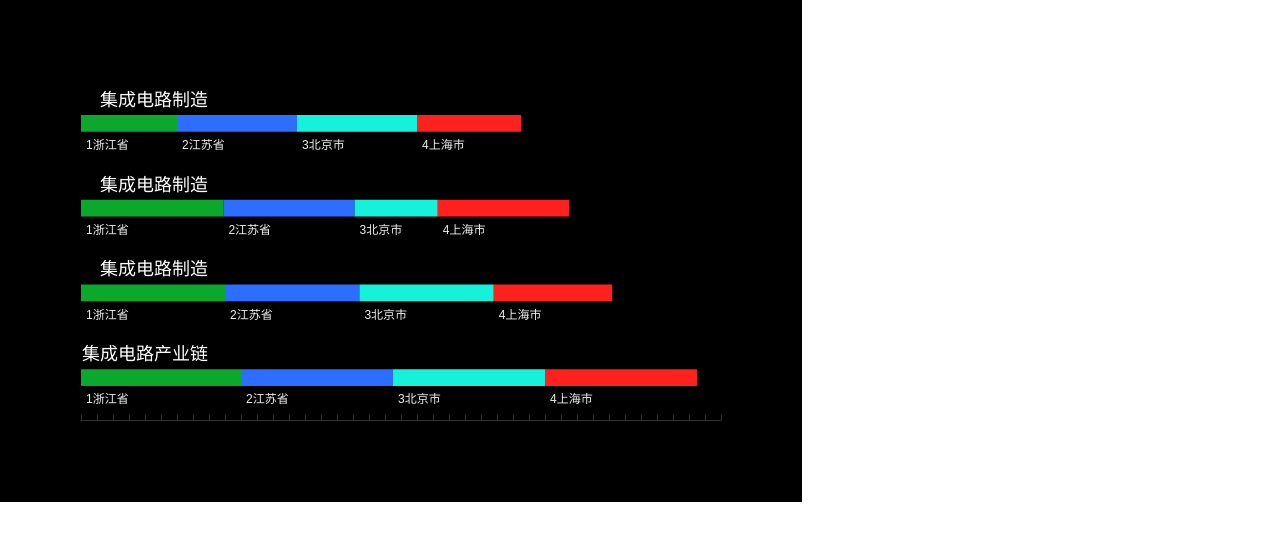
Repository: 572031690/echartproj
Page: /#/test
An editor plug-in stored every save of this project. The page is shown before and after the next save, followed by the edit.
The browser window is 1280 px wide. The pictures show the whole page.
The project was rebuilt for these pictures with package versions that can differ from the ones it lists, and the page was loaded fresh each time. Also part of the build but not shown: vue.config.js, src/components/Seller.vue, src/views/SellerPage.vue, src/utils/theme_utils.js, src/components/Trend.vue, src/views/TrendPage.vue, src/utils/map_utils.js, src/components/Map.vue and 9 more.

Above is the page before, as saved 2021-08-03 12:46:38.

After the next save:
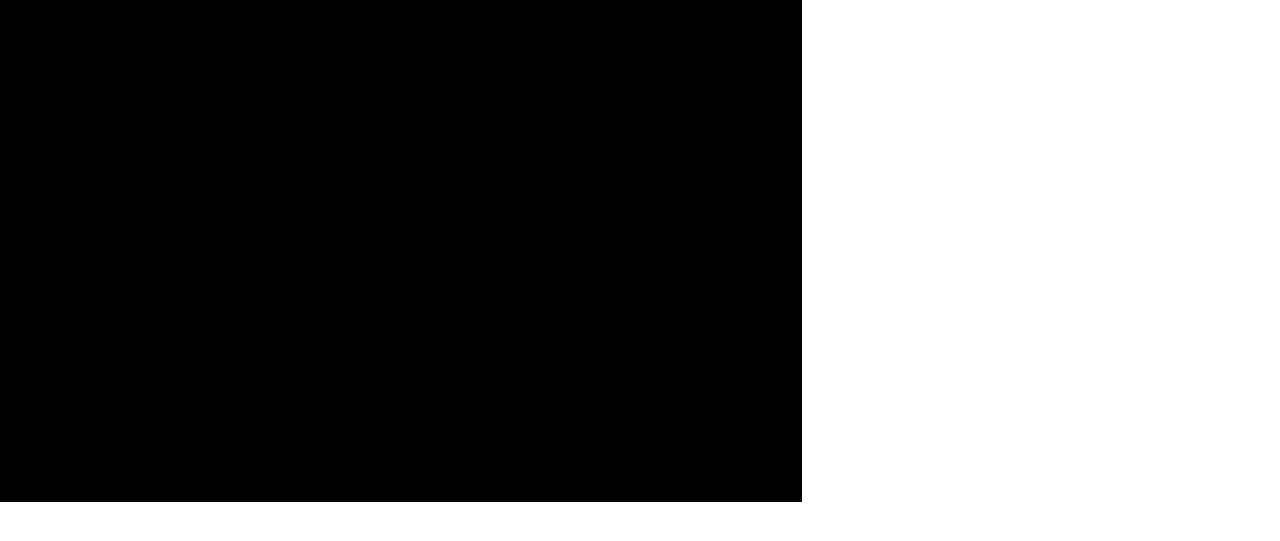
Saved 38 s later.
--- a/src/components/Test.vue
+++ b/src/components/Test.vue
@@ -113,6 +113,7 @@
                 color: '#eee',
                 fontSize: 12
               },
+              fontWeight: normal,
               formatter: arg => {
                 return arg.seriesIndex + 1 + '' + item.data[index].name
               }

After the save that followed:
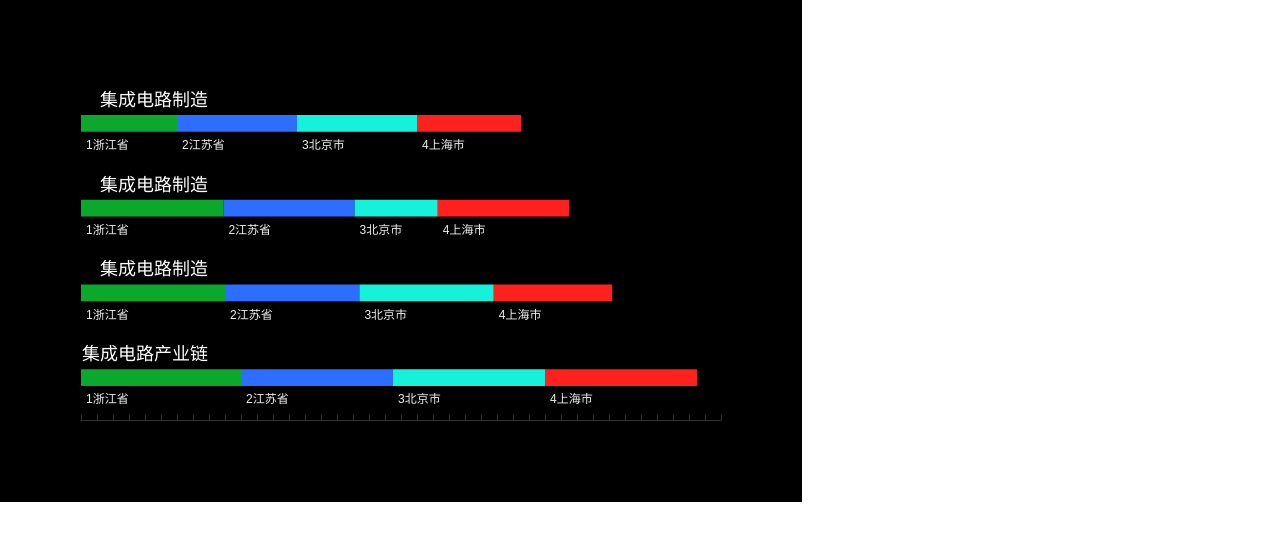
Saved 7 s later.
--- a/src/components/Test.vue
+++ b/src/components/Test.vue
@@ -113,7 +113,7 @@
                 color: '#eee',
                 fontSize: 12
               },
-              fontWeight: normal,
+              fontWeight: 'normal',
               formatter: arg => {
                 return arg.seriesIndex + 1 + '' + item.data[index].name
               }
